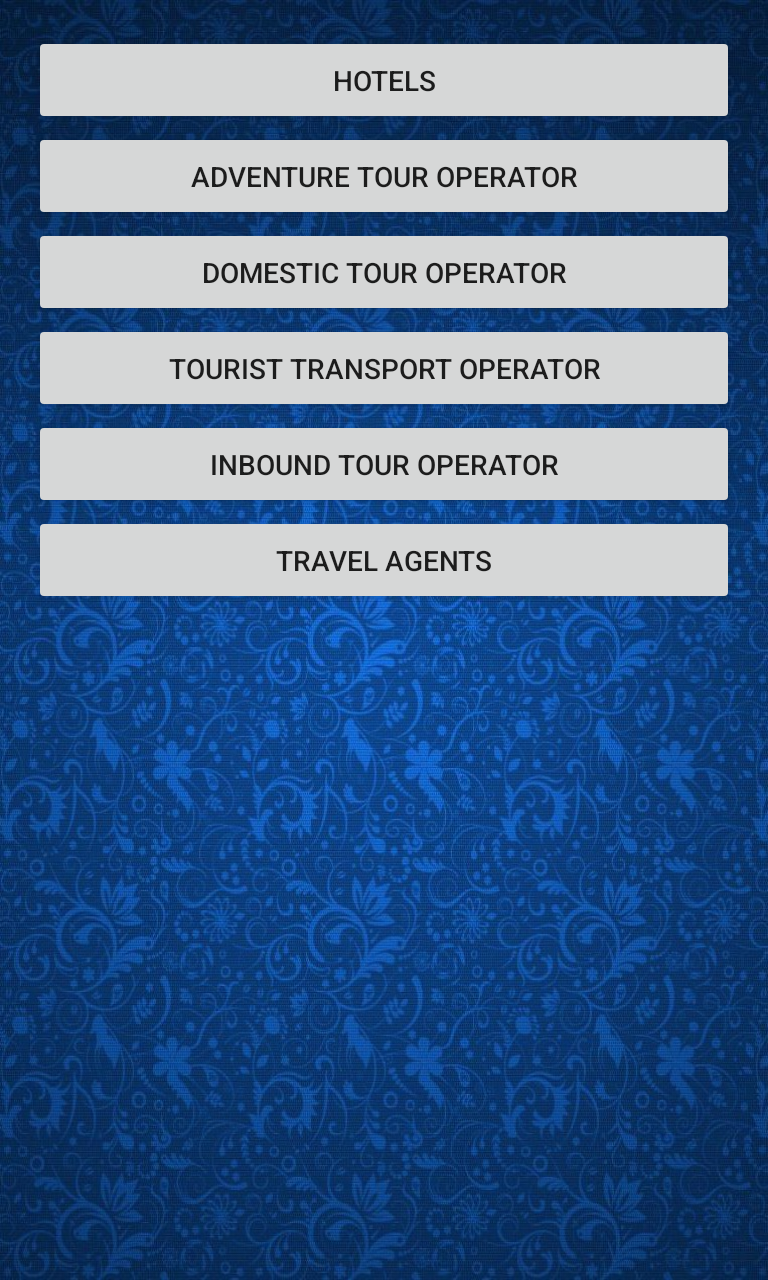
Repository: ayushshah/indsafari
Layout: Indian Safari/res/layout/activity_options_menu.xml
The author's editor kept a copy of each file at every save. The layout is drawn from the files as they stood at one save, then again after the next save.
It is drawn on a 768 x 1280 px phone screen (xhdpi) without system bars, with theme AppTheme; the app's code is not run.

Above is the layout before, as saved 2014-07-27 17:52:37.

### Indian Safari/res/layout/activity_options_menu.xml
<LinearLayout xmlns:android="http://schemas.android.com/apk/res/android"
    android:orientation="vertical"
    xmlns:tools="http://schemas.android.com/tools"
    android:layout_width="match_parent"
    android:layout_height="match_parent"
    android:paddingBottom="@dimen/activity_vertical_margin"
    android:paddingLeft="@dimen/activity_horizontal_margin"
    android:paddingRight="@dimen/activity_horizontal_margin"
    android:paddingTop="@dimen/activity_vertical_margin"
    tools:context="com.example.pleasework.OptionsMenu"
     android:background="@drawable/back"
     >

    <Button
        android:onClick="takeToHotels"
        android:layout_height="wrap_content"
        android:layout_width="match_parent"
        android:text="Hotels"
        />

    <Button
        android:onClick="takeToATO"
        android:layout_height="wrap_content"
        android:layout_width="match_parent"
        android:text="Adventure Tour Operator"
        />

    <Button
        android:onClick="takeToDTO"
        android:layout_height="wrap_content"
        android:layout_width="match_parent"
        android:text="Domestic Tour Operator"
        />


    <Button
        android:onClick="takeToTTO"
        android:layout_height="wrap_content"
        android:layout_width="match_parent"
        android:text="Tourist Transport Operator"
        />

    <Button
        android:onClick="takeToITO"
        android:layout_height="wrap_content"
        android:layout_width="match_parent"
        android:text="Inbound Tour Operator"
        />
    <Button
        android:onClick="takeToTA"
        android:layout_height="wrap_content"
        android:layout_width="match_parent"
        android:text="Travel Agents"
        />


</LinearLayout>

### Indian Safari/res/values/styles.xml
<resources>

    <!--
        Base application theme, dependent on API level. This theme is replaced
        by AppBaseTheme from res/values-vXX/styles.xml on newer devices.
    -->
    <style name="AppBaseTheme" parent="Theme.AppCompat.Light">
        <!--
            Theme customizations available in newer API levels can go in
            res/values-vXX/styles.xml, while customizations related to
            backward-compatibility can go here.
        -->
    </style>

    <!-- Application theme. -->
    <style name="AppTheme" parent="AppBaseTheme">
        <!-- All customizations that are NOT specific to a particular API-level can go here. -->
    </style>

    <style name="button_text">
        <item name="android:layout_width">fill_parent</item>
        <item name="android:layout_height">wrap_content</item>
        <item name="android:textColor">#ffffff</item>
        <item name="android:gravity">center</item>
        <item name="android:layout_margin">3dp</item>
        <item name="android:textSize">20sp</item>
        <item name="android:textStyle">bold</item>
        <item name="android:shadowColor">#000000</item>
        <item name="android:shadowDx">1</item>
        <item name="android:shadowDy">1</item>
        <item name="android:shadowRadius">2</item>
    </style>

</resources>

### Indian Safari/res/drawable/red_button.xml
<?xml version="1.0" encoding="utf-8"?>
<selector xmlns:android="http://schemas.android.com/apk/res/android">

    <item android:state_pressed="true"><shape>
            <solid android:color="#ef4444" />

            <stroke android:width="1dp" android:color="#992f2f" />

            <corners android:radius="6dp" />

            <padding android:bottom="10dp" android:left="10dp" android:right="10dp" android:top="10dp" />
        </shape></item>
    <item><shape>
            <gradient android:angle="270" android:endColor="#992f2f" android:startColor="#ef4444" />

            <stroke android:width="1dp" android:color="#992f2f" />

            <corners android:radius="6dp" />

            <padding android:bottom="10dp" android:left="10dp" android:right="10dp" android:top="10dp" />
        </shape></item>

</selector>

Loaded but not shown: Indian Safari/res/values-v11/styles.xml (common file); Indian Safari/res/values-v14/styles.xml (common file); Indian Safari/res/values/dimens.xml (common file); Indian Safari/res/values-w820dp/dimens.xml (common file)

After the next save:
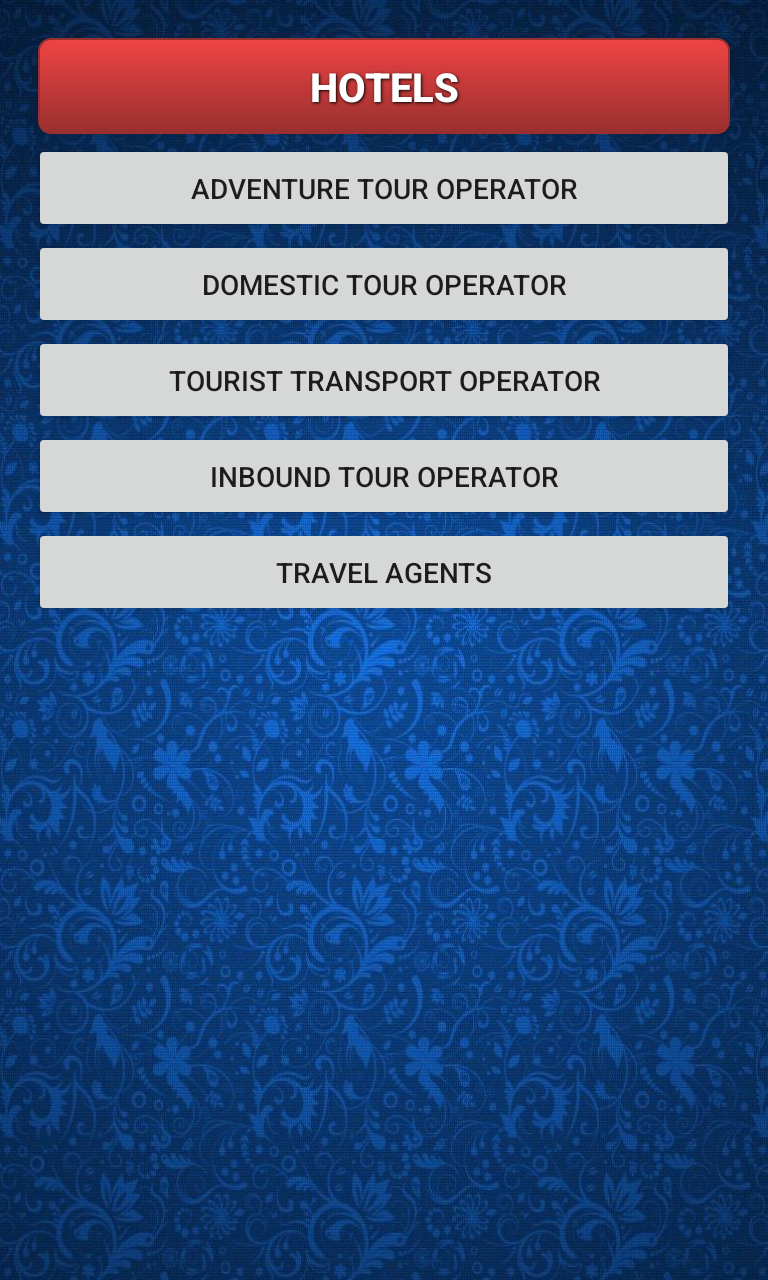
Saved 10 s later.
--- a/Indian Safari/res/layout/activity_options_menu.xml
+++ b/Indian Safari/res/layout/activity_options_menu.xml
@@ -16,6 +16,8 @@
         android:layout_height="wrap_content"
         android:layout_width="match_parent"
         android:text="Hotels"
+        android:background="@drawable/red_button"
+		style="@style/button_text"
         />
 
     <Button
